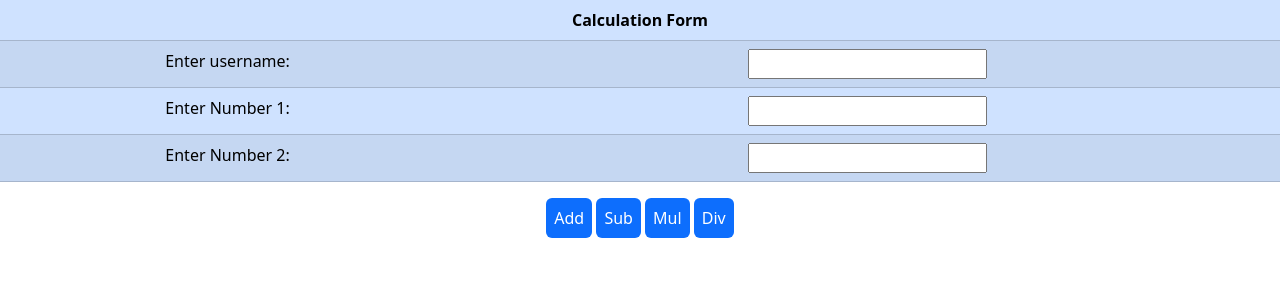
Repository: nyeinsu4520/coursera-test
Page: http://localhost/J2P_J2EE/calculation_form.jsp
The author's editor kept a copy of each file at every save. The page is drawn from the files as they stood at one save, then again after the next save.
The browser window is 1280 px wide. The pictures show the whole page.
The page is served by Tomcat 9.

Above is the page before, as saved 2024-05-27 12:44:08.

### J2P_J2EE/src/main/webapp/calculation_form.jsp
<%@ page language="java" contentType="text/html; charset=ISO-8859-1"
    pageEncoding="ISO-8859-1"%>
<!DOCTYPE html>
<html>
<head>
<meta charset="ISO-8859-1">
<title>Calculation Form</title>
<link href="https://cdn.jsdelivr.net/npm/bootstrap@5.3.3/dist/css/bootstrap.min.css" rel="stylesheet" integrity="sha384-QWTKZyjpPEjISv5WaRU9OFeRpok6YctnYmDr5pNlyT2bRjXh0JMhjY6hW+ALEwIH" crossorigin="anonymous">
<script src="https://cdn.jsdelivr.net/npm/bootstrap@5.3.3/dist/js/bootstrap.bundle.min.js" integrity="sha384-YvpcrYf0tY3lHB60NNkmXc5s9fDVZLESaAA55NDzOxhy9GkcIdslK1eN7N6jIeHz" crossorigin="anonymous"></script>
</head>
<body class="">

	<%
	String numstr1=request.getParameter("num1");
	String numstr2=request.getParameter("num2");
	String operation=request.getParameter("operation");
	String result="";

	if(numstr1!=null && numstr2!=null && operation !=null){
		try{
			double num1=Double.parseDouble(numstr1);
			double num2=Double.parseDouble(numstr2);
			double calresult=0;

			if(operation.equals("+")){
				calresult=num1+num2;

			}
			else if(operation.equals("-")){
				calresult=num1-num2;
			}
			else if(operation.equals("*")){
				calresult=num1*num2;
			}
			else if(operation.equals("/")){
				if(num2!=0){
				calresult=num1/num2;
				}else{
					result="Cannot divide by zero.";
				}

			}

			if(result.isEmpty()){
				result=String.valueOf(calresult);
			}
		}catch(NumberFormatException e){
			result="Invalid Input.Please enter valid numbers. ";
		}

	}

	%>

	<% if (!result.isEmpty()) { %>
	<script>
   	 alert("<%= result %>");
	</script>
	<% } %>



	<form action="" method="post">
	<table class="table table-primary table-striped text-center">

  	<thead>
  		<th colspan=2 >Calculation Form</th>
  	</thead>
  	<tbody>
  	<tr >
  		<td>Enter username: </td>
  		<td><input type="text" name="uname"></td>
  	</tr>
  	<tr>
  		<td>Enter Number 1: </td>
  		<td><input type="text" name="num1"></td>
  	</tr>
  	<tr>
  		<td>Enter Number 2: </td>
  		<td><input type="text" name="num2"></td>
  	</tr>
  	</tbody>
	</table>
	<div class="text-center">
	<input class="bg-primary text-white p-2 border-0 rounded" type="submit" value="Add">
	<input class="bg-primary text-white p-2 border-0 rounded" type="submit" value="Sub">
	<input class="bg-primary text-white p-2 border-0 rounded" type="submit" value="Mul">
	<input class="bg-primary text-white p-2 border-0 rounded" type="submit" value="Div">
	</div>
	</form>
</body>
</html>

After the next save:
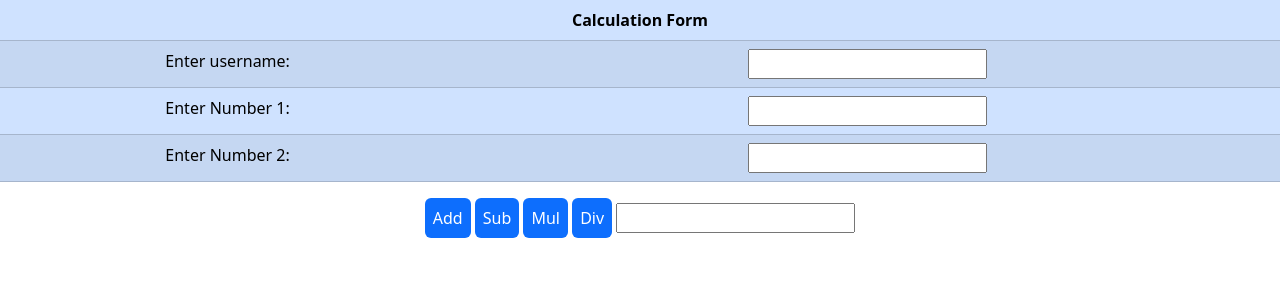
Saved 56 s later.
--- a/J2P_J2EE/src/main/webapp/calculation_form.jsp
+++ b/J2P_J2EE/src/main/webapp/calculation_form.jsp
@@ -86,6 +86,8 @@
 	<input class="bg-primary text-white p-2 border-0 rounded" type="submit" value="Sub">
 	<input class="bg-primary text-white p-2 border-0 rounded" type="submit" value="Mul">
 	<input class="bg-primary text-white p-2 border-0 rounded" type="submit" value="Div">
+
+	<input type="text" name="result" readonly value="<%= result %>">
 	</div>
 	</form>
 </body>
